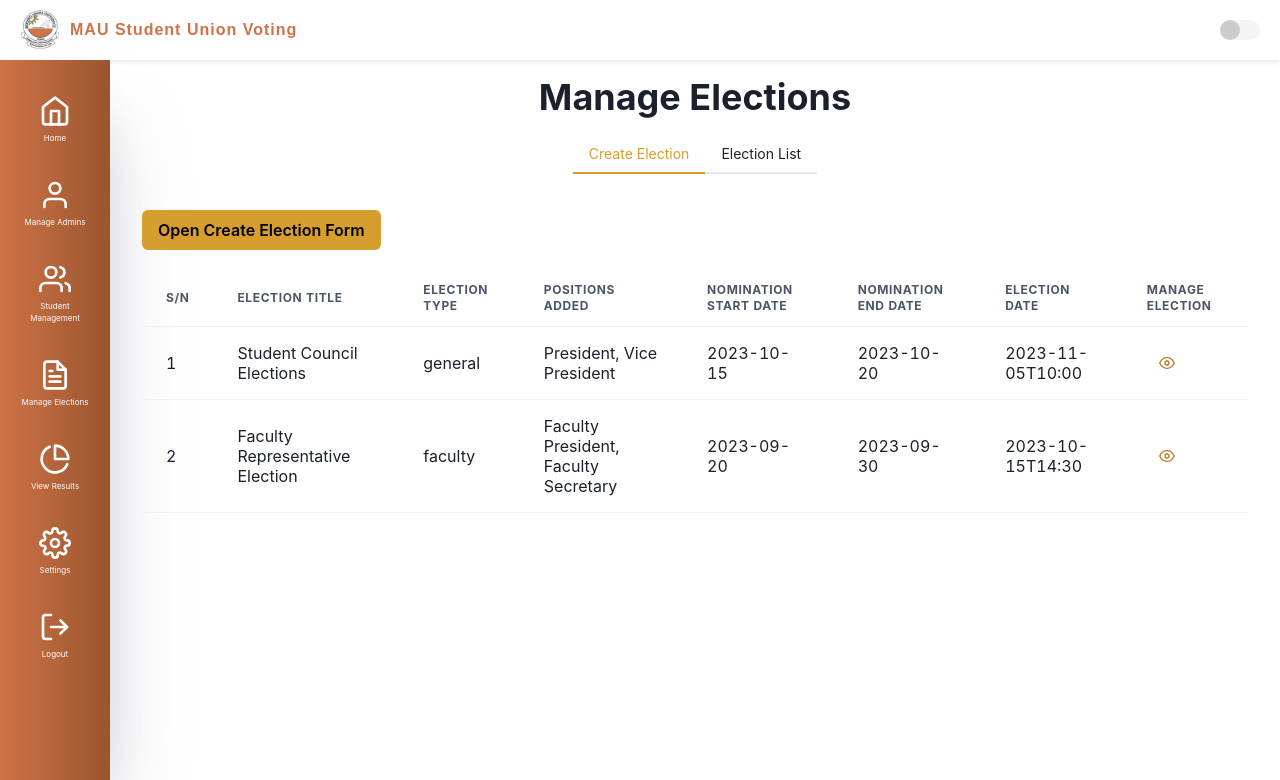
Repository: joena1o/e-vote
Page: /admin-dashboard/manage-elections
These files come from the project's save history. The page is drawn as it stood at one moment and after the next save; the edit follows.
The browser window is 1280 px wide. The pictures show the whole page.
The project was rebuilt for these pictures with package versions that can differ from the ones it lists, and the page was loaded fresh each time. Also part of the build but not shown: src/components/EnhancedLogin.js, src/components/maincontent/RegisterStudents/ManageStudents.js, src/components/maincontent/RegisterStudents/RegisterStudents.js, src/components/maincontent/RegisterStudents/StudentManagement.js, src/components/maincontent/ElectionResults/ViewResults.js, src/components/maincontent/Settings/Settings.js, src/api/index.js, src/components/maincontent/home/Home.styles.js and 15 more.

Above is the page before, as saved 2023-10-27 02:08:42.

After the next save:
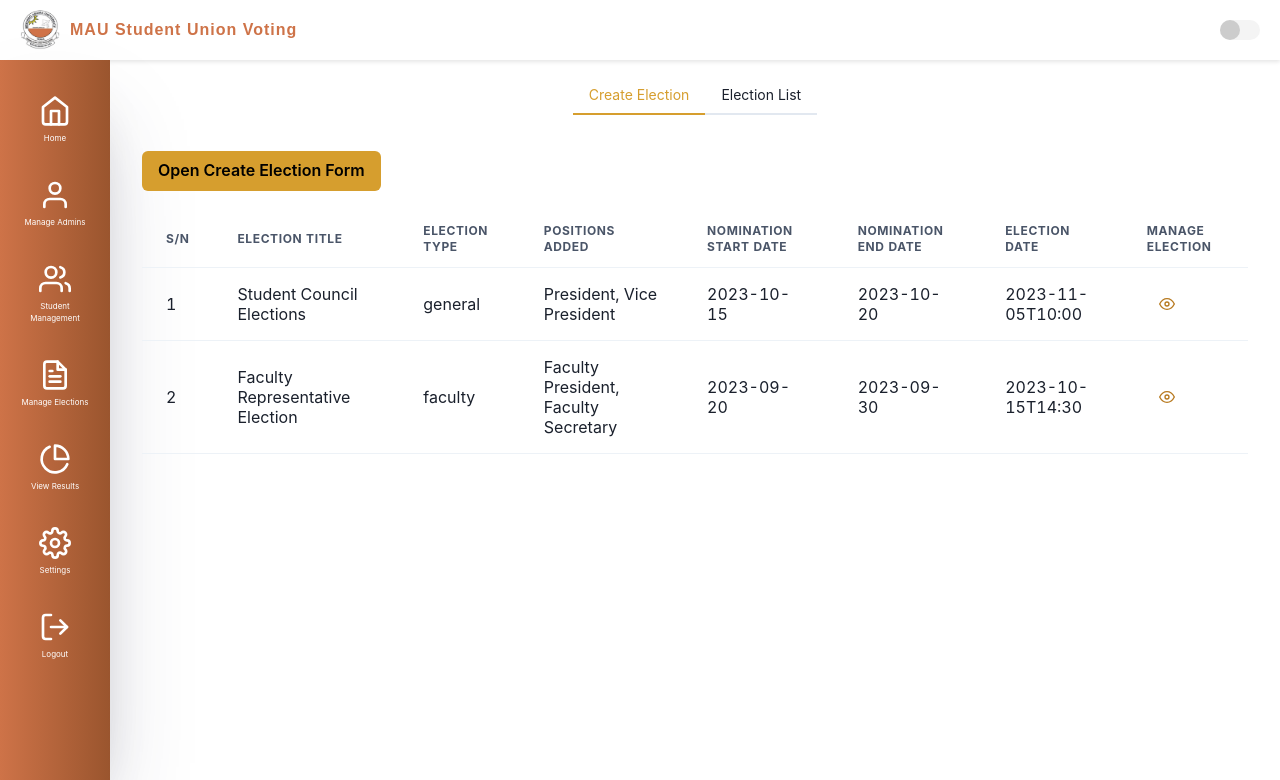
Saved 47 s later.
--- a/src/components/maincontent/ManageElections/ManageElections.js
+++ b/src/components/maincontent/ManageElections/ManageElections.js
@@ -12,7 +12,6 @@ const ManageElections = () => {
 
   return (
     <Flex direction="column" align="center" w="100vw" h="100vh" p={4}>
-      <Heading mb={4}>Manage Elections</Heading>
       <Box w="100%" h="100%" maxW="full">
         <Tabs index={activeTab} onChange={handleTabChange} isLazy>
           <Flex justifyContent="center" w="100%">
